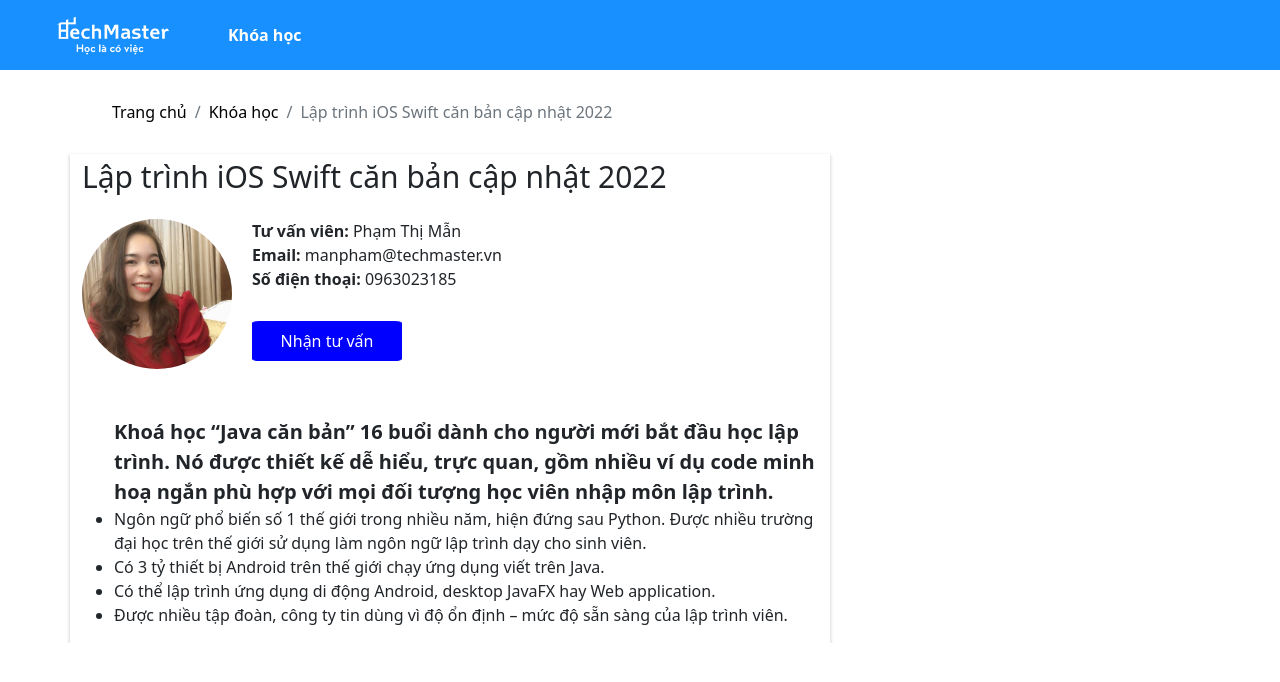
Repository: khanhnahk306/khanhnahk.github.io
Page: Clone_Techmaster/html/ios.html
The author's editor kept a copy of each file at every save. The page is drawn from the files as they stood at one save, then again after the next save.
The browser window is 1280 px wide. The pictures show the whole page.

Above is the page before, as saved 2022-06-10 13:37:43.

After the next save:
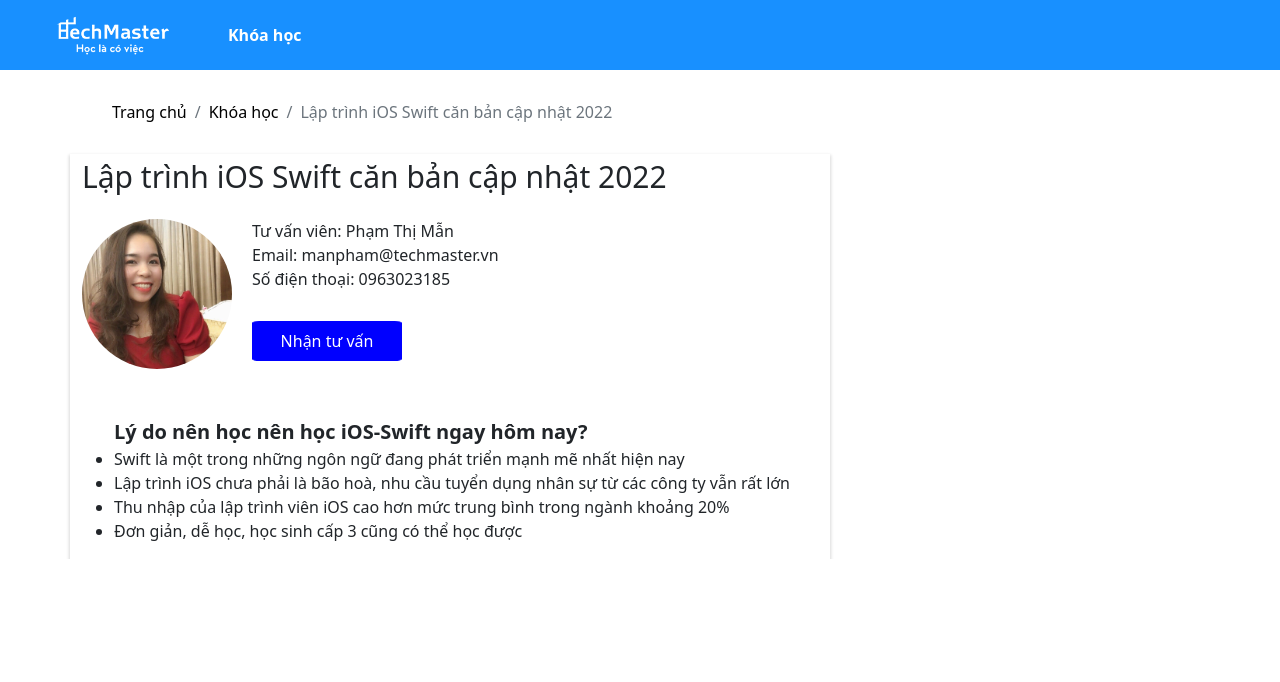
Saved 17 s later.
--- a/Clone_Techmaster/html/ios.html
+++ b/Clone_Techmaster/html/ios.html
@@ -67,24 +67,21 @@
                         <img src="../picture/avatar2.png">
                     </div>
                     <div class="support-right" style="margin-left: 20px;">
-                        <span><b>Tư vấn viên:</b> Phạm Thị Mẫn</span><br>
-                        <span><b>Email:</b> manpham@techmaster.vn</span><br>
-                        <span><b>Số điện thoại:</b> 0963023185</span><br>
+                        <span>Tư vấn viên: Phạm Thị Mẫn</span><br>
+                        <span>Email: manpham@techmaster.vn</span><br>
+                        <span>Số điện thoại: 0963023185</span><br>
                         <button type="button">Nhận tư vấn</button>
                     </div>
                 </div>
                 <div class="content">
                     <br><br>
                     <ul>
-                        <b style="font-size: 20px;">Khoá học “Java căn bản” 16 buổi dành cho người mới bắt đầu học lập
-                            trình. Nó được thiết kế dễ hiểu, trực quan, gồm nhiều ví dụ code minh hoạ ngắn phù hợp với
-                            mọi đối tượng học viên nhập môn lập trình.</b>
-                        <li>Ngôn ngữ phổ biến số 1 thế giới trong nhiều năm, hiện đứng sau Python. Được nhiều trường đại
-                            học trên thế giới sử dụng làm ngôn ngữ lập trình dạy cho sinh viên.</li>
-                        <li>Có 3 tỷ thiết bị Android trên thế giới chạy ứng dụng viết trên Java.</li>
-                        <li>Có thể lập trình ứng dụng di động Android, desktop JavaFX hay Web application.</li>
-                        <li>Được nhiều tập đoàn, công ty tin dùng vì độ ổn định – mức độ sẵn sàng của lập trình viên.
+                        <b style="font-size: 20px;">Lý do nên học nên học iOS-Swift ngay hôm nay?</b>
+                        <li>Swift là một trong những ngôn ngữ đang phát triển mạnh mẽ nhất hiện nay</li>
+                        <li>Lập trình iOS chưa phải là bão hoà, nhu cầu tuyển dụng nhân sự từ các công ty vẫn rất lớn
                         </li>
+                        <li>Thu nhập của lập trình viên iOS cao hơn mức trung bình trong ngành khoảng 20%</li>
+                        <li>Đơn giản, dễ học, học sinh cấp 3 cũng có thể học được</li>
                     </ul>
                 </div>
             </div>
